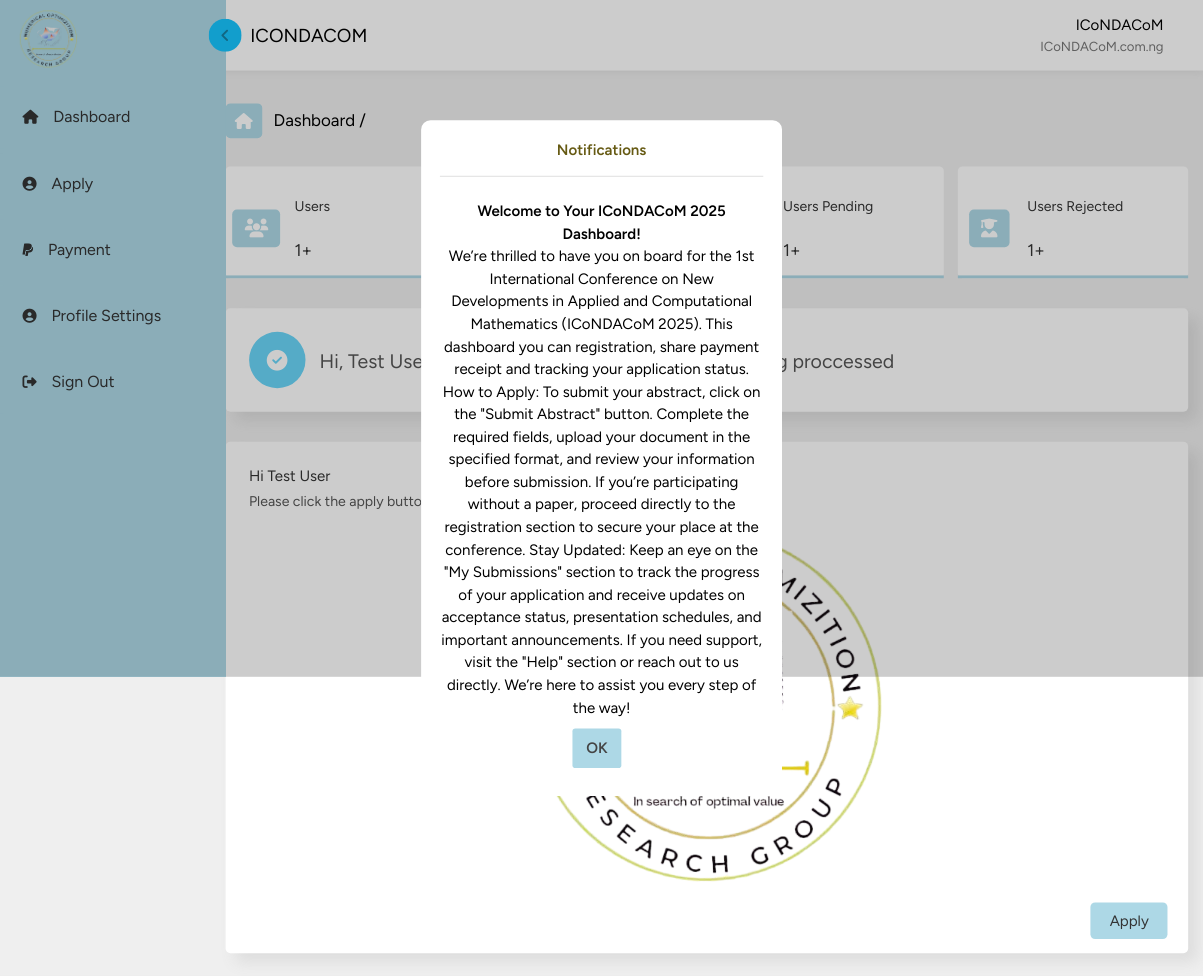
Repository: mrcode-gmb/aa-lectturn
Page: http://localhost/dashboard
These files come from the project's save history. The page is drawn as it stood at one moment and after a run of saves; the edit follows.
The browser window is 1280 px wide. The pictures show the whole page, at 94% of full size.
The page is served by the project's Laravel application, run on PHP 8.4 with Laravel 10. A made-up administrator, Test User (test@example.com), is signed in. Other server files are loaded and not shown. Queries for data that is not in the repository find no rows.

Above is the page before, as saved 2025-02-07 10:25:33.

### routes/web.php
<?php

use App\Models\User;
use Illuminate\Support\Facades\Mail;
use Illuminate\Support\Facades\Route;
use App\Http\Controllers\ProfileController;
use App\Http\Controllers\ApplyCompetationController;

/*
|--------------------------------------------------------------------------
| Web Routes
|--------------------------------------------------------------------------
|
| Here is where you can register web routes for your application. These
| routes are loaded by the RouteServiceProvider and all of them will
| be assigned to the "web" middleware group. Make something great!
|
*/

Route::get('/', function () {
    return view('welcome');
});

Route::get('/dashboard', function () {
    return view('dashboard',
    [
        "allUsers" => User::where("role",2)->count(),
        "allPendingUsers" => User::where("status",1)->count(),
        "allApprovedUsers" => User::where("status",2)->count(),
        "allRejectedUsers" => User::where("status",3)->count(),
    ]);
})->middleware(['auth', 'verified'])->name('dashboard');

Route::middleware('auth')->group(function () {
    Route::get('/profile', [ProfileController::class, 'edit'])->name('profile.edit');
    Route::patch('/profile', [ProfileController::class, 'update'])->name('profile.update');
    Route::delete('/profile', [ProfileController::class, 'destroy'])->name('profile.destroy');

    Route::controller(ApplyCompetationController::class)->group(function () {
        Route::get("/apply", "index")->name("apply");
        Route::get("/users/applied", "showAppliedUsers")->name("apply.showAppliedUsers");
        Route::get("/users/payment/histories", "showPaymentHistories")->name("apply.showPaymentHistories");
        Route::get("/users/all", "showAlldUsers")->name("all.showAppliedUsers");
        Route::post("apply/store", "store")->name("apply.store");
        Route::post("apply/update", "update")->name("apply.update");
        Route::post("apply/payment-status", "paymentStatus")->name("apply.paymentStatus");
        Route::get("/payment/user", "userPayment")->name("userPayment");
        Route::post("/payment/payment", "userPaymentPayment")->name("userPaymentPayment");
    });
});

require __DIR__ . '/auth.php';

### app/Models/User.php
<?php

namespace App\Models;

// use Illuminate\Contracts\Auth\MustVerifyEmail;
use Illuminate\Database\Eloquent\Factories\HasFactory;
use Illuminate\Foundation\Auth\User as Authenticatable;
use Illuminate\Notifications\Notifiable;
use Laravel\Sanctum\HasApiTokens;

class User extends Authenticatable
{
    use HasApiTokens, HasFactory, Notifiable;

    /**
     * The attributes that are mass assignable.
     *
     * @var array<int, string>
     */
    protected $fillable = [
        'name',
        'email',
        "status",
        'password',
    ];

    /**
     * The attributes that should be hidden for serialization.
     *
     * @var array<int, string>
     */
    protected $hidden = [
        'password',
        'remember_token',
    ];

    /**
     * The attributes that should be cast.
     *
     * @var array<string, string>
     */
    protected $casts = [
        'email_verified_at' => 'datetime',
        'password' => 'hashed',
    ];

    public function userApplied()
    {
        return $this->hasOne(ApplyCompetation::class);
    }
    public function payment()
    {
        return $this->hasOne(Payment::class);
    }
}

### resources/views/dashboard.blade.php
<x-app-layout>
    <div>
        <section id="mainbody">
            <div class="main-body">
                <div class="str">
                    <div class="str-home">
                        <i class="fa fa-home"></i>
                        <div class="db">
                            <h4>Dashboard / &nbsp;</h4>
                            <p></p>
                        </div>
                    </div>
                </div>
                <div>
                    <div class="tabs" id="tabls">
                        <div class="">
                            <div class="container-fluiding">
                                <div class="col-md-3">
                                    <div class="icon-flex">
                                        <div class="left">
                                            <i class="fa fa-users"></i>
                                        </div>
                                        <div class="right">
                                            <h4>Users</h4>
                                            <p class="percent" id="percent">0%</p>
                                        </div>
                                    </div>
                                    <div class="loader">
                                        <div class="shows" id="shows"></div>
                                    </div>
                                </div>
                                <div class="col-md-3">
                                    <div class="icon-flex">
                                        <div class="left">
                                            <i class="fa fa-hand-point-right"></i>
                                        </div>
                                        <div class="right">
                                            <h4>Users Approved</h4>
                                            <p class="percent" id="percent1">0%</p>
                                        </div>
                                    </div>
                                    <div class="loader">
                                        <div class="shows" id="shows1"></div>
                                    </div>
                                </div>
                                <div class="col-md-3">
                                    <div class="icon-flex">
                                        <div class="left">
                                            <i class="fa fa-money-check-alt"></i>
                                        </div>
                                        <div class="right">
                                            <h4>Users Pending</h4>
                                            <p class="percent" id="percent2">0%</p>
                                        </div>
                                    </div>
                                    <div class="loader">
                                        <div class="shows" id="shows2"></div>
                                    </div>
                                </div>
                                <div class="col-md-3">
                                    <div class="icon-flex">
                                        <div class="left">
                                            <i class="fa fa-user-graduate"></i>
                                        </div>
                                        <div class="right">
                                            <h4>Users Rejected</h4>
                                            <p class="percent" id="percent3">0%</p>
                                        </div>
                                    </div>
                                    <div class="loader">
                                        <div class="shows" id="shows3"></div>
                                    </div>
                                </div>
                            </div>
                        </div>
                        <x-auth-session-status class="mb-4" :status="session('status')" />
                        @if (Auth::user()->status != 0)
                            @if (Auth::user()->status == 1)
                                <div class="full-chart">
                                    <div class="chart-title flex-class">
                                        <div class="circle-pending">
                                            <i class="fa fa-check-circle"></i>
                                        </div>
                                        <div class="circle-text">
                                            <p>Hi, {{ Auth::user()->name }}, Congratulation your application is being
                                                proccessed </p>
                                        </div>
                                    </div>
                                </div>
                            @elseif (Auth::user()->status == 2)
                                <div class="full-chart">
                                    <div class="chart-title flex-class">
                                        <div class="circle-success">
                                            <i class="fa fa-check-circle"></i>
                                        </div>
                                        <div class="circle-text">
                                            <p>Hi, {{ Auth::user()->name }}, Congratulation your application has been
                                                approved.
                                            </p>
                                        </div>
                                    </div>
                                </div>
                            @elseif (Auth::user()->status == 3)
                                <div class="full-chart">
                                    <div class="chart-title flex-class">
                                        <div class="circle-rejected">
                                            <i class="fa fa-check-circle"></i>
                                        </div>
                                        <div class="circle-text">
                                            <p>Hi, {{ Auth::user()->name }}, Sorry your application cannot be
                                                considered.
                                            </p>
                                        </div>
                                    </div>
                                </div>
                            @else
                            @endif
                        @endif
                    </div>
                </div>

                @if (Auth::user()->role == 1)
                    <div>
                        <div class="tabs" id="tabls">
                            <div class="full-chart">
                                <div class="chart-title">
                                    <h3>Hi {{ Auth::user()->name }} (Super Admin)</h3>
                                    <p>Please click the manage users button to view, approved, or reject user who apply
                                    </p>
                                </div>
                                <div class="dont-have">
                                    <img src="{{ asset('asset/photos/WhatsApp_Image_2024-10-23_at_8.20.45_PM-removebg-preview.png') }}"
                                        alt="">
                                </div>
                                <div class="create-app">
                                    <a href="apply">
                                        Manage Users
                                    </a>
                                </div>
                            </div>
                            <br>
                        </div>
                    </div>
                @else
                    <div>
                        <div class="tabs" id="tabls">
                            <div class="full-chart">
                                <div class="chart-title">
                                    <h3>Hi {{ Auth::user()->name }}</h3>
                                    <p>Please click the apply button to apply</p>
                                </div>
                                <div class="dont-have">
                                    <img src="{{ asset('asset/photos/WhatsApp_Image_2024-10-23_at_8.20.45_PM-removebg-preview.png') }}"
                                        alt="">
                                </div>
                                <div class="create-app">
                                    <a href="apply">
                                        Apply
                                    </a>
                                </div>
                            </div>
                            <br>
                        </div>
                    </div>
                @endif
                <!-- end design dashboard content  -->
            </div>
        </section>
    </div>
    <div class="modal d-nones text-center font-bold" id="modal">
        <div class="modal-dialog">
            <div class="modal-head">
                <p><b>Notifications</b> </p>
            </div>
            <form class="modal-body">
                <p>
                    <b>Welcome to Your ICoNDACoM 2025 Dashboard!</b> <br>
We’re thrilled to have you on board for the 1st International Conference on New Developments in Applied and Computational Mathematics (ICoNDACoM 2025). This dashboard you can registration, share payment receipt and tracking your application status.

How to Apply:
To submit your abstract, click on the "Submit Abstract" button. Complete the required fields, upload your document in the specified format, and review your information before submission. If you’re participating without a paper, proceed directly to the registration section to secure your place at the conference.

Stay Updated:
Keep an eye on the "My Submissions" section to track the progress of your application and receive updates on acceptance status, presentation schedules, and important announcements. If you need support, visit the "Help" section or reach out to us directly. We’re here to assist you every step of the way!


                </p>
                <div class="modal-footer text-center">
                    <button type="button" onclick="modalDismiss()">OK</button>
                </div>
            </form>
        </div>
    </div>
    <script>
        const modalDismiss = ()=>{
            document.querySelector("#modal").style.display = "none";
        }
        window.onclick = (e)=>{
            const modal = document.getElementById("modal")
            if(e.target == modal){
                document.querySelector("#modal").style.display = "none";
            }
        }
        window.onload = () => {
            let loader = document.querySelector(".shows"),
                percent = document.querySelector("#percent");

            let loaderStart = 0,
                loaderEnd = {{ $allUsers < 1 ? 1 : $allUsers }},
                loaderTime = 60;

            let start = setInterval(() => {
                loaderStart++;

                percent.textContent = loaderStart + '+';
                loader.style.width = `${loaderStart}`;
                loader.style.background = `rgb(173, 216, 230)`;


                if (loaderStart == loaderEnd) {
                    clearInterval(start);
                }
            }, loaderTime);


            let loader1 = document.querySelector("#shows1"),
                percent1 = document.querySelector("#percent1");

            let loaderStart1 = 0,
                loaderEnd1 = {{ $allApprovedUsers < 1 ? 1 : $allApprovedUsers }},
                loaderTime1 = 60;

            let start1 = setInterval(() => {
                loaderStart1++;

                percent1.textContent = loaderStart1 + '+';
                loader1.style.width = `${loaderStart1}`;
                loader1.style.background = `rgb(173, 216, 230)`;


                if (loaderStart1 == loaderEnd1) {
                    clearInterval(start1);
                }
            }, loaderTime1);




            let loader2 = document.querySelector("#shows2"),
                percent2 = document.querySelector("#percent2");

            let loaderStart2 = 0,
                loaderEnd2 = {{ $allPendingUsers < 1 ? 1 : $allPendingUsers }},
                loaderTime2 = 60;

            let start2 = setInterval(() => {
                loaderStart2++;

                percent2.textContent = loaderStart2 + '+';
                loader2.style.width = `${loaderStart2}`;
                loader2.style.background = `rgb(173, 216, 230)`;


                if (loaderStart2 == loaderEnd2) {
                    clearInterval(start2);
                }
            }, loaderTime2);


            let loader3 = document.querySelector("#shows3"),
                percent3 = document.querySelector("#percent3");

            let loaderStart3 = 0,
                loaderEnd3 = {{ $allRejectedUsers < 1 ? 1 : $allRejectedUsers }},
                loaderTime3 = 60;

            let start3 = setInterval(() => {
                loaderStart3++;

                percent3.textContent = loaderStart3 + '+';
                loader3.style.width = `${loaderStart3}`;
                loader3.style.background = `rgb(173, 216, 230)`;


                if (loaderStart3 == loaderEnd3) {
                    clearInterval(start3);
                }
            }, loaderTime3);

        }
    </script>
</x-app-layout>

### resources/views/components/auth-session-status.blade.php
@props(['status'])

@if ($status)
    <div {{ $attributes->merge(['class' => 'font-medium text-sm text-green-600 dark:text-green-400 alert-success']) }}>
        <i class="fa fa-check-circle"></i>&nbsp;{{ $status }}
    </div>
@endif

Loaded but not shown: routes/auth.php (common file); app/Http/Controllers/Auth/EmailVerificationPromptController.php (common file); app/Http/Controllers/Controller.php (common file); app/Http/Controllers/Auth/VerifyEmailController.php (common file); app/View/Components/AppLayout.php (common file); public/asset/fontawesome-free/css/all.min.css (library); public/asset/fontawesome-free/css/all.css (library); public/asset/styles.css (1619 lines, source omitted); public/asset/form.css (503 lines, source omitted); resources/views/layouts/app.blade.php (123 lines, source omitted); resources/views/layouts/navigation.blade.php (128 lines, source omitted)

After the next 4 saves:
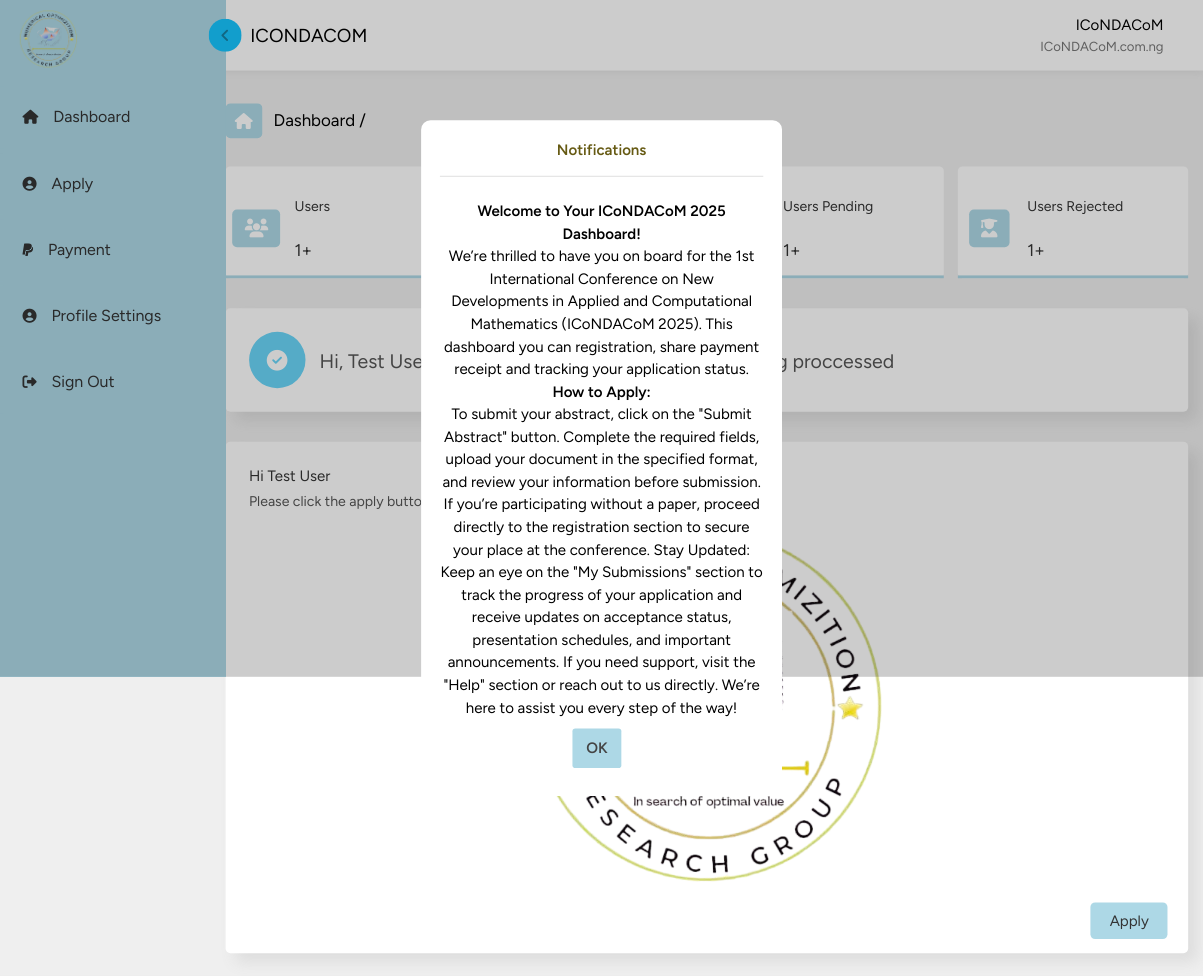
The 4 saves are shown as one change because they came seconds apart.
The last was saved 15 s later.
--- a/resources/views/dashboard.blade.php
+++ b/resources/views/dashboard.blade.php
@@ -177,7 +177,7 @@
                     <b>Welcome to Your ICoNDACoM 2025 Dashboard!</b> <br>
 We’re thrilled to have you on board for the 1st International Conference on New Developments in Applied and Computational Mathematics (ICoNDACoM 2025). This dashboard you can registration, share payment receipt and tracking your application status.
 
-How to Apply:
+<b>How to Apply:</b> <br>
 To submit your abstract, click on the "Submit Abstract" button. Complete the required fields, upload your document in the specified format, and review your information before submission. If you’re participating without a paper, proceed directly to the registration section to secure your place at the conference.
 
 Stay Updated:
